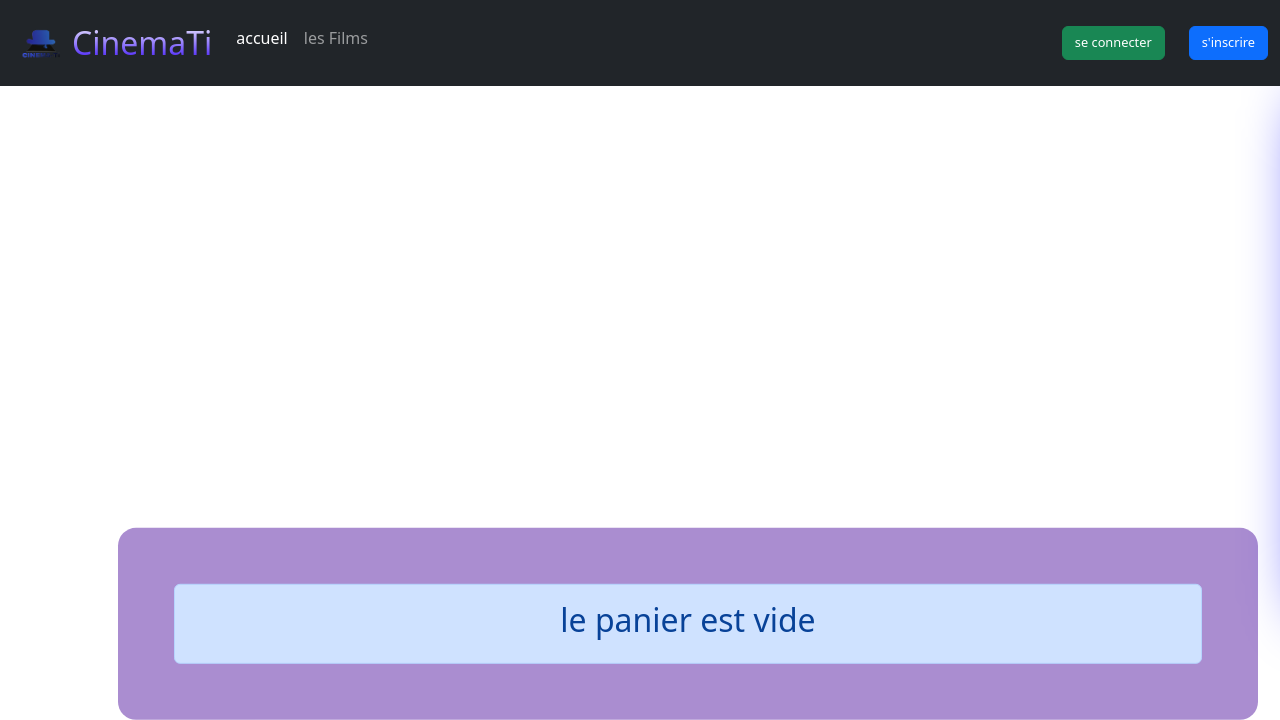
Repository: ahmed-rabah/cinemaMiniProject
Page: http://localhost/finaliserCommande.php
The author's editor kept a copy of each file at every save. The page is drawn from the files as they stood at one save, then again after the next save.
The browser window is 1280 px wide. The pictures show the whole page.
The page is run by PHP 8.4 with error messages shown; the project is at /var/www/html/. Other server files are loaded and not shown.

Above is the page before, as saved 2023-01-12 21:07:09.
Console error: TypeError: Cannot read properties of null (reading 'addEventListener')

### finaliserCommande.php
<?php
 session_start();
 $isEmptyCart = empty($_SESSION['panier']);
?>
<!DOCTYPE html>
<html lang="en">
<head>
    <meta charset="UTF-8">
    <meta http-equiv="X-UA-Compatible" content="IE=edge">
    <meta name="viewport" content="width=device-width, initial-scale=1.0">
    <link rel="stylesheet" href="node_modules/bootstrap/dist/css/bootstrap.min.css">
    <link rel="stylesheet" href="./css/style.css">
    <link rel="stylesheet" href="https://unicons.iconscout.com/release/v4.0.0/css/line.css">
    <link rel="icon" href="./logoCinema.png">
    <title>CinemaTi</title>
</head>
<body>

        <?php include './header.php'; ?>

    <main class="container centered" id="container">
        <?php if(!$isEmptyCart){ ?>
        <section class="" id="cartContainer"></section>
        <div class="alert alert-primary m-2 text-center" role="alert">
            <h2>prix total <span class="badge bg-success" id="totalPrice">200</span> DH</h2>
        </div>
        <form action="./functions/finaliserCommande.php" method="post" class=" rounded bg-light mt-1 mx-2 py-2 px-5">
            <h3 class="pb-0 mb-0">finaliser la commande</h3>
            <div class="d-flex justify-content-around align-items-center mb-3 ">

                <div class="form-group">
                    <label for="cardNumber" class="form-label mt-4">numero de carte bancaire</label>
                    <input type="text" class="form-control" id="cardNumber" aria-describedby="numberMsg" placeholder="Enter numero de carte bancaire">
                </div>
                <div class="form-group">
                    <label for="cardType" class="form-label mt-4">Example select</label>
                    <select class="form-select" id="cardType">
                        <?php
                        $cardTypes = ['Visa','Mastercard','American Express','Discover','Diners Club','JCB','UnionPay','Maestro'];
                        foreach ($cardTypes as $cardType) {
                           echo '<option value="'.$cardType.'">'.$cardType.'</option>';
                        }
                        ?>
                    </select>
                </div>
                <div class="form-group pt-5"><button type="submit" class="btn btn-success text-white"><strong>acheter</strong></button></div>
            </div>
        </form>
    <?php }else{
        echo '<div class="alert alert-primary m-2 text-center" role="alert">
        <h2>le panier est vide</h2>
    </div>';
    } ?>
    </main>

    <div class="absoluteCart m-2 p-1"></div>

    <script src="node_modules/jquery/dist/jquery.slim.min.js"></script>
    <script src="node_modules/bootstrap/dist/js/bootstrap.bundle.min.js"></script>
    <script src="./javascript/panie.js"></script>
</body>
</html>

### header.php
<?php
    require_once './functions/database.php';

    function getAllgenres($pdo){
      $req = $pdo->query('SELECT * from genre');
      $rows = $req->fetchAll(PDO::FETCH_ASSOC);
      foreach ($rows as $row) {
        $genres[] = $row ;
      }

      return $genres;
    }
?>
<header  class=" sticky-top">

  <nav class="navbar navbar-expand-lg navbar-dark bg-dark">

    <div class="container-fluid">
      <a class="navbar-brand d-flex cine-name" href="./index.php">
        <img src="./logoCinema.png" width="60" height="60" class="d-inline-block align-top rounded-circle" alt="">
        <h2 class="mt-2 gradiant-bg">CinemaTi</h2>
      </a>
      <button class="navbar-toggler" type="button" data-bs-toggle="collapse" data-bs-target="#navbarColor01" aria-controls="navbarColor01" aria-expanded="false" aria-label="Toggle navigation">
        <span class="navbar-toggler-icon"></span>
      </button>
      <div class="collapse navbar-collapse justify-content-between" id="navbarColor01">
        <ul class="navbar-nav">
          <li class="nav-item">
            <a class="nav-link active" href="./index.php" id="accueil"><h6>accueil</h6>
            <span class="visually-hidden">(current)</span>
          </a>
        </li>
        <li class="nav-item">
          <a class="nav-link" href="./movies.php"  id="movies"><h6>les Films</h6></a>
        </li>
        <!--     <li class="nav-item">
          <a class="nav-link" href="./movies.php" ><h6>les salles de projection</h6></a>
        </li>
        <li class="nav-item">
          <a class="nav-link" href="./contact.php"><h6>Contact</h6></a>
        </li> -->
      </ul>
      <?php
      if(!isset($_SESSION['user_id'])){
        ?>

<ul class="nav navbar" id="non-connected">
  <li><a href="./signIn.php" class="btn btn-success me-2 font-size">se connecter</a></li>
  <li><a href="./signup.php" class="btn btn-primary ms-3 font-size">s'inscrire</a></li>
</ul>
<?php }
if(isset($_SESSION['user_id'])){ ?>
    <ul class="nav navbar" id="connected">
      <li><button class="btn btn-light me-2" id="panier"><span class="font-size"><i class="uil uil-shopping-cart-alt ">panier d'achat</i></span></button></li>
      <li><a href="./dashboard.php" class="btn btn-primary ms-3 "><span class="font-size"><i class="uil uil-user-circle"></i>votre compte</span></a></li>
      <li><a href="./logout.php" class="btn btn-danger ms-3 "><span class="font-size"><i class="uil uil-signout"></i>deconnexion</span></a></li>
    </ul>
    <?php } ?>
  </div>
</div>
</nav>
</header>

### functions/database.php
<?php
try {
    $database="moviedb";
    $user="root";
    $password="";
    $pdo = new PDO("mysql:host=localhost;dbname=$database",$user,$password);
    // echo "Success: Connected to the database.";
  } catch(PDOException $e) {
    die("Error: Could not connect to the database.");
  }

### functions/panier.php
<?php


if($_SERVER['REQUEST_METHOD'] == 'GET'){
    session_start();
    if(isset($_SESSION['user_id']) && !empty( $_SESSION['panier'])){
        $panier = $_SESSION['panier'];
        if(isset($_GET['total']) && $_GET['total']=="oui"){
            $totalPrice=0;
            foreach ($panier as  $value) {
               $totalPrice+=$value['prix'];
            }
            exit($totalPrice);
        }
        require_once './database.php';
        $productsInfos=[];
        foreach ($panier as $product) {
            $idprogramme = $product['idProgramme'];
            $req = "SELECT  p.idProgramme ,g.libelle,f.titre,p.date_projection,f.photo , p.heure_debut, p.ticketsDisponible, p.prix_unitaire FROM programme as p, film as f , genre as g WHERE p.idFilm= f.idFilm AND p.idProgramme =$idprogramme AND g.idGenre = f.idGenre";
            $requete = $pdo->query($req);
            $resultat = $requete->fetch(PDO::FETCH_ASSOC);
            array_push($product,$resultat);
            if(isset($_GET['item']) && $_GET['item'] ==$idprogramme ){
                exit(json_encode($product));
            }
            array_push($productsInfos,$product);
        }
        if(isset($_GET['item'])){
            exit(json_encode(false));
        }
        exit(json_encode($productsInfos));


        // require_once './database.php';
        // $idUser = $_GET['idUser'];
        // $req = "SELECT pro.id_produit ,pro.nombre_places , pro.prix , p.date_projection ,p.heure_debut , p.prix_unitaire , g.libelle , f.titre,f.photo FROM produit as pro, programme as p , film as f ,genre as g WHERE pro.id_user=$idUser AND p.idFilm=f.idFilm AND pro.id_programme=p.idProgramme AND g.idGenre =f.idGenre";
        // $query = $pdo->query($req);
        // $resultat = $query->fetchAll(PDO::FETCH_ASSOC);
    }else{
        exit(json_encode(false));
    }
}

### css/style.css

::-webkit-scrollbar{
    width : 1rem;
}
::-webkit-scrollbar-track{
    background-color: black;
}
::-webkit-scrollbar-thumb{
    background-color: #2d00f7a1;
    border-radius: 100vw;
}
::-webkit-scrollbar-thumb:hover{
    background-color:white;
}

html{
    scroll-behavior: smooth;
}


.centered{
    position: absolute;
    top: 80%;
    left: 50%;
    transform: translate(-50%, -50%);

}
/* .centered-2{
    position: absolute;
    margin-top: 20em;
    top: 50%;
    left: 50%;
    transform: translate(-50%, -50%);
} */
.logo-picture{
    width: 100px; height :100px;
}
/*
.cine-name{
    background-image : linear-gradient(to top,#89f90a 20% , #02fa54 100%) ;
    border-radius : 10px;
    padding-right: 4px;
} */
.font-size{
    font-size: 0.8em;
}
/* .account{
    font-size: 1.2em
} */
.gradiant-bg{
    background-color: #5577ff;
    background-image : linear-gradient(to top,#2d00f7 0% , #ffffff 100%) ;
    background-clip: text;
    -webkit-background-clip: text;
    -moz-background-clip: text;
    -webkit-text-fill-color: transparent;
    -moz-text-fill-color: transparent;
    background-size: 100%;
    display : flex  ;
    align-items: center ;
    cursor : pointer ;
    text-decoration: none;
}

.grid{
    display: grid;
    grid-template-columns:auto auto auto ;
}

.absolute-alert{
    background-color: rgba(255,255,255,0.5);
    width: 100vw;
    height: 100vh;
    position: fixed ;
    top: 0;
    left: 0;
    z-index: 100 ;
    text-align :center;
    display :grid ;
    place-items: center ;

}
.absoluteCart{
    position: fixed;
    top: 6em;
    right: 0;
    width: 400px;
    height: 70%;
    background: #3d5f89;
    border-radius: 12px;
    box-shadow: 0 0 4em blue;
    display: grid;
    grid-template-columns: auto;
    justify-content: center;
    transition: all 0.3s linear ;
    transform: translate(110%);
    overflow-y: auto;
    }
    .show-cart {
    transform: translate(0);
    }
    .finaliserBtn{
        position: sticky;
        top: 0;
        z-index: 100;
        margin-bottom: 1em;
        height: 50px;
    }
    .inner-grid{
        display: grid ;
    grid-template-columns:30% 70% ;
    border-bottom:  1px solid black ;
    margin: 0.4em 0;
    }
    .grid{
        display: grid ;
    grid-template-columns:30% 70% ;
    }
    @media screen and (max-width:1048px) {
        .grid{
        display: grid ;
    grid-template-columns:20% 80% ;
    }
}

#cartContainer{
    display : grid;
    grid-template-columns: 1fr 1fr;
    gap: 1em;
}
.container{
    margin: 3em;
    padding: 3em;
    background-color : #46089875 ;
    border-radius: 18px;

}
@media screen and (max-width:700px) {
    #cartContainer{
    grid-template-columns:auto ;
    }

}

### javascript/panie.js
let panierBtn = document.getElementById('panier');
let deleteProductBtn = document.getElementById('deleteproduct');
let updateProductBtn = document.getElementById('updateproduct');
let addProductBtn =  document.getElementById('addProduct');
let cartContainer = document.getElementById('cartContainer');

// window.addEventListener('DOMContentLoaded',()=>{
//     getUserPanier("container").then(data=>{
//             cartContainer.innerHTML = data;
//         })
// })
window.addEventListener('load',()=>{
    setTotalPrice()
})
function addProduct(id){
    addProduit(id).then(response=>{
        let added = response.added;
        let reponse = response.response;
        let connected = response.connected;
       let msg="";
        if(!connected) {
            reponse+='<strong><a href="./signin.php">Se connecter</a></strong>';
        }
        if(!added){
            msg=`<div class="alert alert-warning alert-dismissible fade show" role="alert" id="myAlert">
            ${reponse}
            <button type="button" class="btn-close" data-bs-dismiss="alert" aria-label="Close"></button>
          </div>`;
        }else{
            msg=`<div class="alert alert-success alert-dismissible fade show" role="alert" id="myAlert">
            ${reponse}
            <button type="button" class="btn-close" data-bs-dismiss="alert" aria-label="Close"></button>
          </div>`;
        }
        let body = document.querySelector('body');
        body.insertAdjacentHTML('beforeend',`<div class="absolute-alert">${msg}</div>`);
        let theAlert = document.querySelector('.absolute-alert');
        theAlert.addEventListener('click',function(e){
            if(e.target.classList.contains('absolute-alert')){
            theAlert.outerHTML="";
        }})
        let myAlert = document.getElementById('myAlert')
            myAlert.addEventListener('close.bs.alert', () => {
                theAlert.outerHTML="";
            })

        // setTimeout(() => {theAlert.outerHTML="";},10000);
    })

    // console.log(id);
}
panierBtn.addEventListener('click', () => {
    userCart()
    let cart = document.querySelector('.absoluteCart');
    cart.classList.toggle('show-cart');
})

async function deleteproductFromCart(product){
    let request = await fetch("./functions/deleteUserProduct.php?idProgramme="+product);
    let response = await request.json();
    let deleted = response.deleted;
    let reponse = response.response;
    let connected = response.connected;
    let msg="";
    let cartItem = document.getElementById('cart'+product);
    if(!connected) {
        reponse+='<strong><a href="./signin.php">Se connecter</a></strong>';
    }
    if(!deleted){
        msg=`<div class="alert alert-warning alert-dismissible fade show" role="alert" id="myAlert">
        ${reponse}
        <button type="button" class="btn-close" data-bs-dismiss="alert" aria-label="Close"></button>
      </div>`;
      cartItem.insertAdjacentHTML('beforebegin',msg);
    }else{
        msg=`<div class="alert alert-success alert-dismissible fade show" role="alert" id="myAlert">
        ${reponse}
        <button type="button" class="btn-close" data-bs-dismiss="alert" aria-label="Close"></button>
      </div>`;
      cartItem.outerHTML=msg;
      setTotalPrice()
    }
    // let cart = document.querySelector('.absoluteCart');

}
async function updateproductCart(product,status){
    let request = await fetch("./functions/updateUserProduct.php?idProgramme="+product+"&status="+status);
    let response = await request.json();
    let updated = response.updated;
    let reponse = response.response;
    let connected = response.connected;
    let msg="";
    let cartItem = document.getElementById('cart'+product);
    if(!connected) {
        reponse+='<strong><a href="./signin.php">Se connecter</a></strong>';
    }
    if(connected && updated === false){
        msg=`<div class="alert alert-danger alert-dismissible fade show" role="alert" id="myAlert">
        ${reponse}
        <button type="button" class="btn-close" data-bs-dismiss="alert" aria-label="Close"></button>
      </div>`;
    }else{
        msg=`<div class="alert alert-success alert-dismissible fade show" role="alert" id="myAlert">
        ${reponse}
        <button type="button" class="btn-close" data-bs-dismiss="alert" aria-label="Close"></button>
        </div>`;
        getCartItem(product).then(result => {
            cartItem.insertAdjacentHTML('beforebegin',msg);
            cartItem.outerHTML = result ;

        })
        setTotalPrice();
    }
    // let body = document.querySelector('body');
    // body.insertAdjacentHTML('beforeend',`<div class="absolute-alert">${msg}</div>`);
    // let theAlert = document.querySelector('.absolute-alert');
    // theAlert.addEventListener('click',function(e){
    //     if(e.target.classList.contains('absolute-alert')){
    //     theAlert.outerHTML="";
    // }})
    // let myAlert = document.getElementById('myAlert')
    //     myAlert.addEventListener('close.bs.alert', () => {
    //         theAlert.outerHTML="";
    //     })

    // setTimeout(() => {theAlert.outerHTML="";},10000);

}

function userCart(){
    getUserPanier().then(data=>{
        console.log(data);
        let cartDiv = document.querySelector('.absoluteCart');
        cartDiv.innerHTML=data;
        let Final = document.createElement('a');
        Final.setAttribute('href',"./finaliserCommande.php");
        Final.className="btn btn-primary w-100  finaliserBtn";
        Final.innerHTML="finaliser la commande";
        cartDiv.prepend(Final);
    })

}

async function getCartItem(item){
    let request = await fetch('./functions/panier.php?item='+item);
    let response = await request.json();
    let msg="";
    if(response === false){
        msg =`<div class="alert alert-primary h-25" role="alert">
        le panier est vide
        </div>`;
    }else{
        msg=cartItemInfos(response);
         }

    return msg;
}
async function getTotalPrice(){
    let request = await fetch('./functions/panier.php?total=oui');
    let response =request.text();
    return response;
}
function setTotalPrice(){

getTotalPrice().then((totalPrice)=>{
    // console.log(totalPrice);
    let totalPriceField = document.getElementById('totalPrice');
    totalPriceField.innerHTML = totalPrice;
})

}
async function getUserPanier(){
    let request = await fetch('./functions/panier.php');
    let response = await request.json();
    let msg="";
    if(response === false){
        msg =`<div class="alert alert-primary h-25" role="alert">
        le panier est vide
            </div>`;
    }else{
        response.forEach(produit => {
            msg+=cartItemInfos(produit);
        });
    }

    return msg;
}

async function addProduit(programme){
    let request = await fetch('./functions/addproduct.php?idProgramme='+programme);
    let response = await request.json();
    return response;
}

function cartItemInfos(produit){
        return `<div class="card border-primary  mb-2 w-100"  id="cart${produit.idProgramme}">
        <div class="card-header"><h4>${produit[0].titre}</h4></div>
        <div class="card-body  text-dark">
        <div class="d-flex justify-content-center">
        <img src="${produit[0].photo}" width="60px" height="66px">
        <div class="ms-1">
        <p class="card-title  m-0 fw-normal">le <strong>${produit[0].date_projection}</strong> à <strong>${produit[0].heure_debut}</strong></p>
        <p class="card-text m-0 fw-normal">prix_unitaire :<strong> ${produit[0].prix_unitaire} DH</strong></p>
        <p class="card-text m-0 fw-normal">tickets disponible :<strong> ${produit[0].ticketsDisponible}</strong> ticket(s)</p>
        </div>
        </div>
        </div>
        <div class="card-footer d-flex justify-content-between align-items-center p-1">
        <div class="d-flex justify-content-center align-items-center">
        <h6 class="btn minus" onclick="updateproductCart(${produit.idProgramme},'minus')"><i class="uil uil-minus-circle fs-5 text-danger"></i></h6>
        <h6> ${produit.nbrPlace} </h6>
        <h6 class="btn plus" onclick="updateproductCart(${produit.idProgramme},'plus')"><i class="uil uil-plus-circle fs-5 text-success"></i></h6>
        </div>
        <h6>Total : ${produit.prix} DH</h6>
        <button class="btn btn-danger"  onclick="deleteproductFromCart(${produit.idProgramme})"><i class="uil uil-trash-alt"></i></button>
        </div>
        </div>`;
    }


    // window.addEventListener('load',()=>{
    //     let addBtns = document.querySelectorAll('.addToCart');
// console.log("begin");
// addBtns.forEach(addBtn=>{
// let programmeID  = addBtn.dataSet.programmeID;
// console.log("ok");
// console.log(programmeID);

// });
// console.log("ends");


/*
panierBtn.addEventListener('click',()=>{

    getUserPanier(1).then(panier=>{
        panier.forEach(produit => {
            console.log(produit);
        });
    })

});

// addProductBtn.addEventListener('click',()=>{
//     addProduct(programme).then(response=>{
    //         console.log(response);
    //     })
    // });

    deleteProductBtn.addEventListener('click',()=>{
        deleteproductFromCart(programme).then(response=>{
            console.log(response);
        })
});

updateProductBtn.addEventListener('click',()=>{
    let product =  document.getElementById('product').value;
    updateproductCart(product,nbr).then(response=>{
        console.log(response);
    })
});

*/
// })

After the next save:
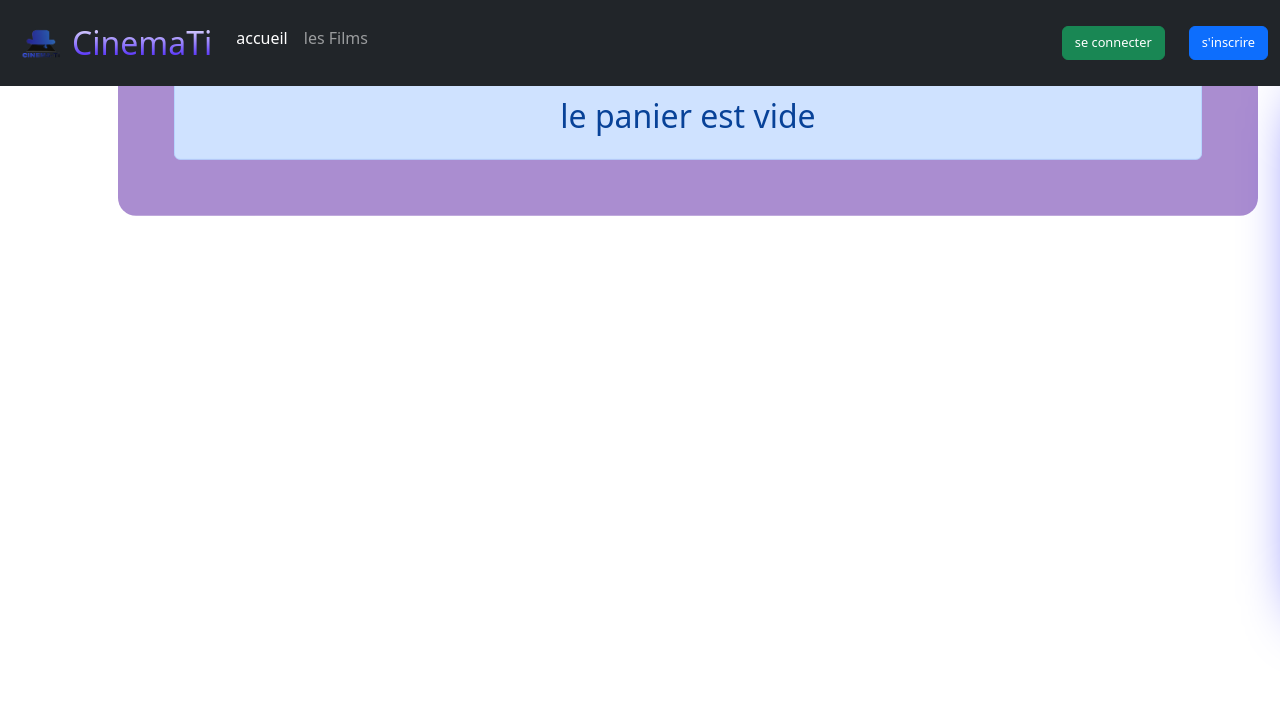
Saved 11 s later.
--- a/css/style.css
+++ b/css/style.css
@@ -20,7 +20,7 @@ html{
 
 .centered{
     position: absolute;
-    top: 80%;
+    top: 10%;
     left: 50%;
     transform: translate(-50%, -50%);
 
